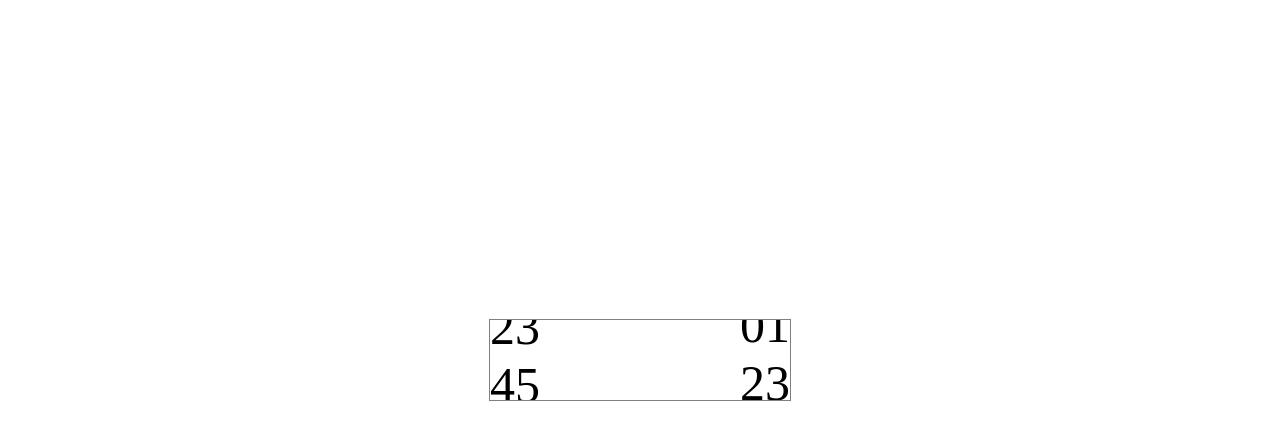
Repository: cbtpro/javascript
Page: src/animation-time/index.html
An editor plug-in stored every save of this project. The page is shown before and after the next save, followed by the edit.
The browser window is 1280 px wide. The pictures show the whole page.

Above is the page before, as saved 2023-04-05 17:24:55.

### src/animation-time/index.html
<!DOCTYPE html>
<html lang="zh" dir="ltr">

<head>
  <meta charset="utf-8">
  <title>动画时间</title>
  <style type="text/css">
    * {
      margin: 0;
      padding: 0;
    }
    html,
    body {
      margin: 0;
    }

    .container {
      position: absolute;
      top: 50%;
      left: 50%;
      width: 300px;
      height: 80px;
      transform: translate(-50%, -50%);
      border: 1px gray solid;
      overflow: hidden;
    }

    .time-block {
      float: left;
      position: relative;
      font-size: 50px;
      width: 1em;
      text-align: center;
      word-wrap: break-word;
      transition: top 0.5s;
    }
  </style>
  <script type="text/javascript">
    /**
    * 生成安全随机数
    * @param {*} min 最小值（包含）
    * @param {*} max 最大值（包含）
    * @param {*} isFloat 是否带小数
    * @returns {number} 范围内随机数
    */
    const random = function (min = 0, max = 100, isFloat = false) {
      const array = new Uint32Array(1)
      const maxUint = 0xffffffff
      const randomNumber = crypto.getRandomValues(array)[0] / maxUint
      const randomRangeValue = (max - min + 1) * randomNumber + min
      return isFloat ? randomRangeValue : Math.floor(randomRangeValue)
    }
    // window.onload = () => {
    //   let timeBlocks = document.querySelectorAll('.time-block')
    //   setInterval(() => {
    //     let now = new Date()
    //     let timeStr = `${now.getHours()}${now.getMinutes()}${now.getSeconds()}`
    //     Array.from(timeStr, (num, i) => {
    //       let n = Number(num);
    //       timeBlocks.item(i).style.top = -83 * n + 'px';
    //     })
    //   }, 1000)
    // }
    const tick = (timeBlocks) => {
      let now = new Date()
      let timeStr = `${now.getHours()}${now.getMinutes()}${now.getSeconds()}`
      console.log(timeStr);
      Array.from(timeStr, (num, i) => {
        let n = Number(num);
        timeBlocks.item(i).style.top = -80 * n + 'px';
      })
    }
    const start = () => {
      let timeBlocks = document.querySelectorAll('.time-block')
      window.setTimeout(() => {
        tick(timeBlocks);
        start();
      }, 1000)
    };
    window.onload = () => {
      start();
    }
  </script>
</head>

<body>
  <div class="container">
    <div class="time-block">0123456789</div>
    <div class="time-block">0123456789</div>
    <div class="time-block">0123456789</div>
    <div class="time-block">0123456789</div>
    <div class="time-block">0123456789</div>
    <div class="time-block">0123456789</div>
  </div>
</body>

</html>

After the next save:
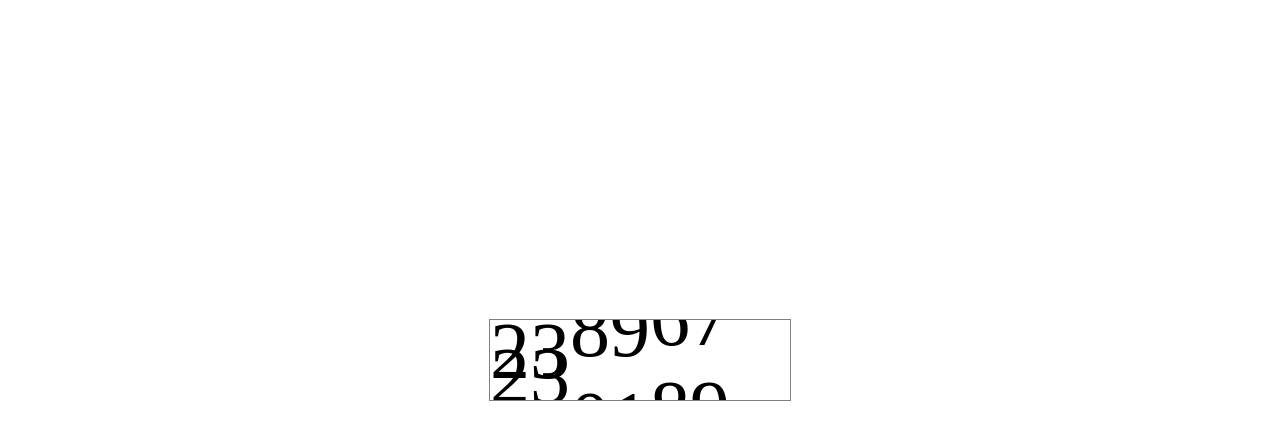
Saved 48 s later.
--- a/src/animation-time/index.html
+++ b/src/animation-time/index.html
@@ -28,7 +28,7 @@
     .time-block {
       float: left;
       position: relative;
-      font-size: 50px;
+      font-size: 80px;
       width: 1em;
       text-align: center;
       word-wrap: break-word;

After the save that followed:
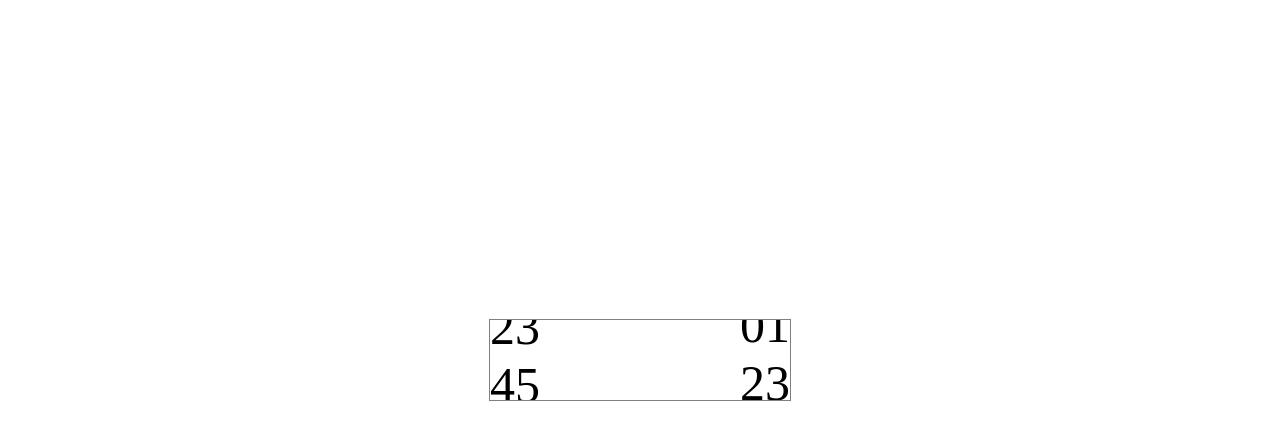
Saved 7 s later.
--- a/src/animation-time/index.html
+++ b/src/animation-time/index.html
@@ -28,7 +28,7 @@
     .time-block {
       float: left;
       position: relative;
-      font-size: 80px;
+      font-size: 50px;
       width: 1em;
       text-align: center;
       word-wrap: break-word;
